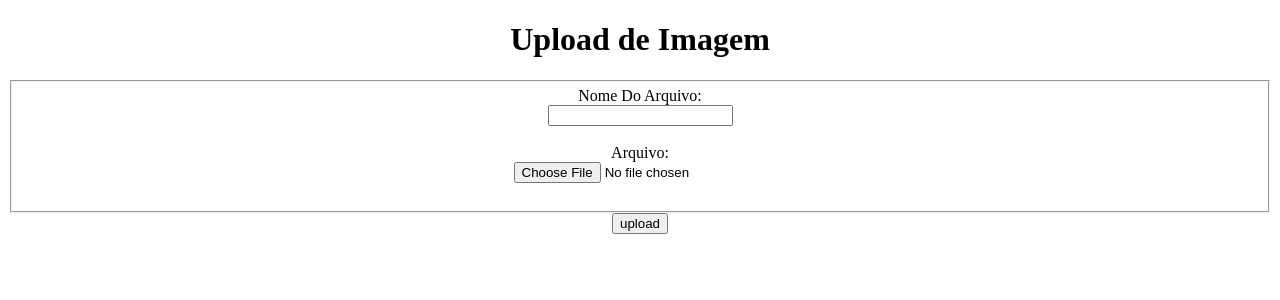
Repository: ThaysaM/upload-de-imagem-java-web
Page: http://localhost/projetoSelecao_Servelet/
An editor plug-in stored every save of this project. The page is shown before and after the next save, followed by the edit.
The browser window is 1280 px wide. The pictures show the whole page.
The page is served by Tomcat 9.

Above is the page before, as saved 2020-09-13 15:45:02.

After the next save:
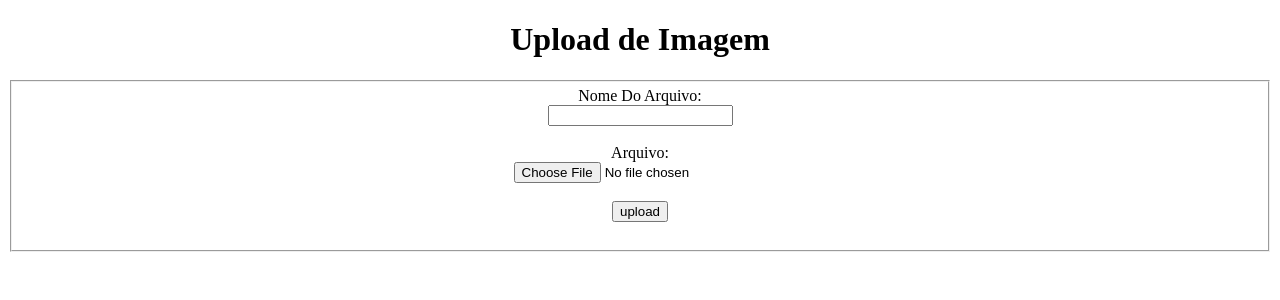
Saved 26 s later.
--- a/projetoSelecao Servelet/WebContent/index.jsp
+++ b/projetoSelecao Servelet/WebContent/index.jsp
@@ -15,8 +15,8 @@
 		        <input type="text" name="file_name" placeholder><br/><br/>
 				Arquivo:<br/>
 				<input type="file" name="file2" /><br/><br/>
+				<input type="submit" value="upload" /><br/><br/>
 			</fieldset>
-	        	<input type="submit" value="upload" /><br/><br/>
 	     </form>
 	           <%
 		           	String file_name=(String)request.getParameter("filename");
